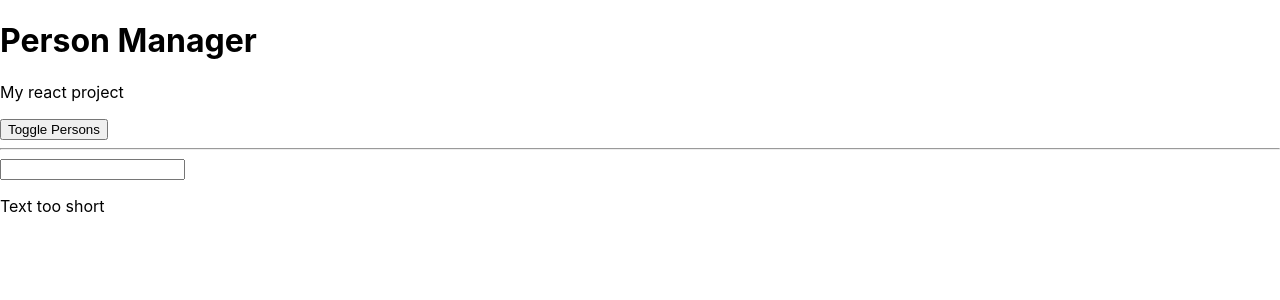
Repository: chrisbriz/myreactapp
Page: /
These files come from the project's save history. The page is drawn as it stood at one moment and after the next save; the edit follows.
The browser window is 1280 px wide. The pictures show the whole page.
The project was rebuilt for these pictures with package versions that can differ from the ones it lists, and the page was loaded fresh each time. Also part of the build but not shown: src/Containers/App.css, src/Components/Char.js, src/Components/Persons/Person/Person.css, src/Components/Persons/Person/Person.js, src/Components/Persons/Persons.js, src/Components/Cockpit/Cockpit.css.

Above is the page before, as saved 2019-02-12 11:22:02.

### src/index.js
import React from 'react';
import ReactDOM from 'react-dom';
import './index.css';
import App from './Containers/App';
import * as serviceWorker from './serviceWorker';

ReactDOM.render(<App appTitle="Person Manager"/>, document.getElementById('root'));

// If you want your app to work offline and load faster, you can change
// unregister() to register() below. Note this comes with some pitfalls.
// Learn more about service workers: http://bit.ly/CRA-PWA
serviceWorker.unregister();

### src/Containers/App.js
import React, { Component } from 'react';
import classes from './App.css';
import Validation from '../Components/Validation';
import Char from '../Components/Char';
import Persons from '../Components/Persons/Persons';
import Cockpit from '../Components/Cockpit/Cockpit'


class App extends Component {

  constructor(props) {
    super(props);
    console.log('[App.js] constructor');
  }

  //state = component internal data, data source
  state = {
    persons: [
      { id: '1', name: 'Anna', age: '32' },
      { id: '2', name: 'Nova', age: '1' },
      { id: '3', name: 'Chris', age: '33' }
    ],
    showPersons: false,
    userInput: ''
  }

  static getDerivedStateFromProps(props, state) {
    console.log('[App.js] getDerivedStateFromProps', props)
    return state;
  }

  //IMPORTANT LIFECYCLE HOOK
  componentDidMount() {
    console.log('[App.js] componentDidMount');
  }

  //IMPORTANT LIFECYCLE HOOK
  shouldComponentUpdate(nextProps, nextState) {
    console.log('[App-js] shouldComponentUpdate');
    return true;
  }

  //IMPORTANT LIFECYCLE HOOK
  componentDidUpdate() {
    console.log('[App-js] componentDidUpdate');
  }

  inputChangeHandler = (event) => {
    this.setState({ userInput: event.target.value })
  }

  deleteCharHandler = (index) => {
    const text = this.state.userInput.split('');
    text.splice(index, 1);
    const updatedText = text.join('');
    this.setState({ userInput: updatedText });
  }

  nameChangedHandler = (event, id) => {
    const personIndex = this.state.persons.findIndex(p => {
      return p.id === id;
    });

    const person = {
      ...this.state.persons[personIndex]
    };

    person.name = event.target.value;

    const persons = [...this.state.persons];
    persons[personIndex] = person;

    this.setState({ persons: persons })
  }

  deletePersonHandler = (personIndex) => {
    // const persons = this.state.persons.slice();
    /*spread operator = spreads le element of the initial array into a new array
    we now manipulate a copy of the original state (mutating the state directly is bad practice)
    then updating the state*/
    const persons = [...this.state.persons];
    persons.splice(personIndex, 1);
    this.setState({ persons: persons });
  }

  togglePersonsHandler = () => {
    const doesShow = this.state.showPersons;
    this.setState({ showPersons: !doesShow });
  }

  render() {
    console.log('[App.js] render')

    const charList = this.state.userInput.split('').map((ch, index) => {
      return <Char
        character={ch}
        key={index}
        clicked={() => this.deleteCharHandler(index)} />;
    });

    let persons = null;

    if (this.state.showPersons) {
      persons =
        <Persons
          persons={this.state.persons}
          clicked={this.deletePersonHandler}
          changed={this.nameChangedHandler} />
    }

    return (
      <div className={classes.App}>
        <Cockpit
          title={this.props.appTitle}
          showPersons={this.state.showPersons}
          persons={this.state.persons}
          clicked={this.togglePersonsHandler} />
        {persons}
        <hr />
        <input
          type="text"
          onChange={this.inputChangeHandler}
          value={this.state.userInput} />
        <p>{this.state.userInput}</p>
        <Validation inputLength={this.state.userInput.length} />
        {charList}
      </div>
    );
  }
}

export default App;

### src/Components/Validation.js
import React from 'react';

const validation = (props) => {
    let validationMessage = 'Text long enough';

    if(props.inputLength <= 5){
        validationMessage ='Text too short';
    }

    return (
        <div>
            <div>{validationMessage}</div>
        </div>
    );
};

export default validation;

### src/Components/Cockpit/Cockpit.js
import React, { useEffect } from 'react';
import classes from './Cockpit.css';

const cockpit = (props) => {
useEffect(() => {
    console.log('[Cockpit.js] useEffect');
    //HTTP request...
    setTimeout(()=>{
        alert('Saved data to the cloud');
    }, 1000);
    return () => {
        console.log('[Cockpit.js] clean up work in useEffect');
    };
}, []);

    const assignedClasses = [];
    let btnClass = '';
    if(props.showPersons){
        btnClass = classes.Red;
    }
    if (props.persons.length <= 2) {
      assignedClasses.push(classes.red);
    }
    if (props.persons.length <= 1) {
      assignedClasses.push(classes.bold);
    }

    return(
        <div className={classes.Cockpit}>
            <h1>{props.title}</h1>
            <p className={assignedClasses.join(' ')}>My react project</p>
            <button
                className={btnClass}
                onClick={props.clicked}>Toggle Persons</button>
        </div>
    );

};

export default cockpit;

Loaded but not shown: public/index.html (common file); src/index.css (common file); src/serviceWorker.js (common file)

After the next save:
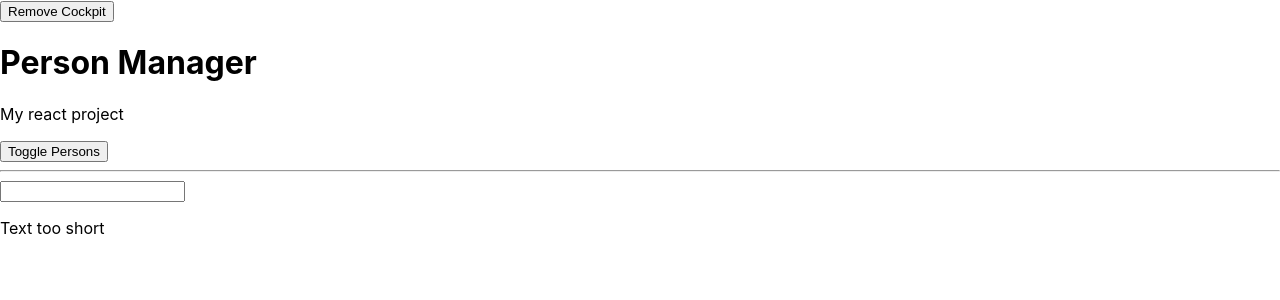
Saved 48 s later.
--- a/src/Containers/App.js
+++ b/src/Containers/App.js
@@ -110,6 +110,7 @@
 
     return (
       <div className={classes.App}>
+      <button>Remove Cockpit</button>
         <Cockpit
           title={this.props.appTitle}
           showPersons={this.state.showPersons}
